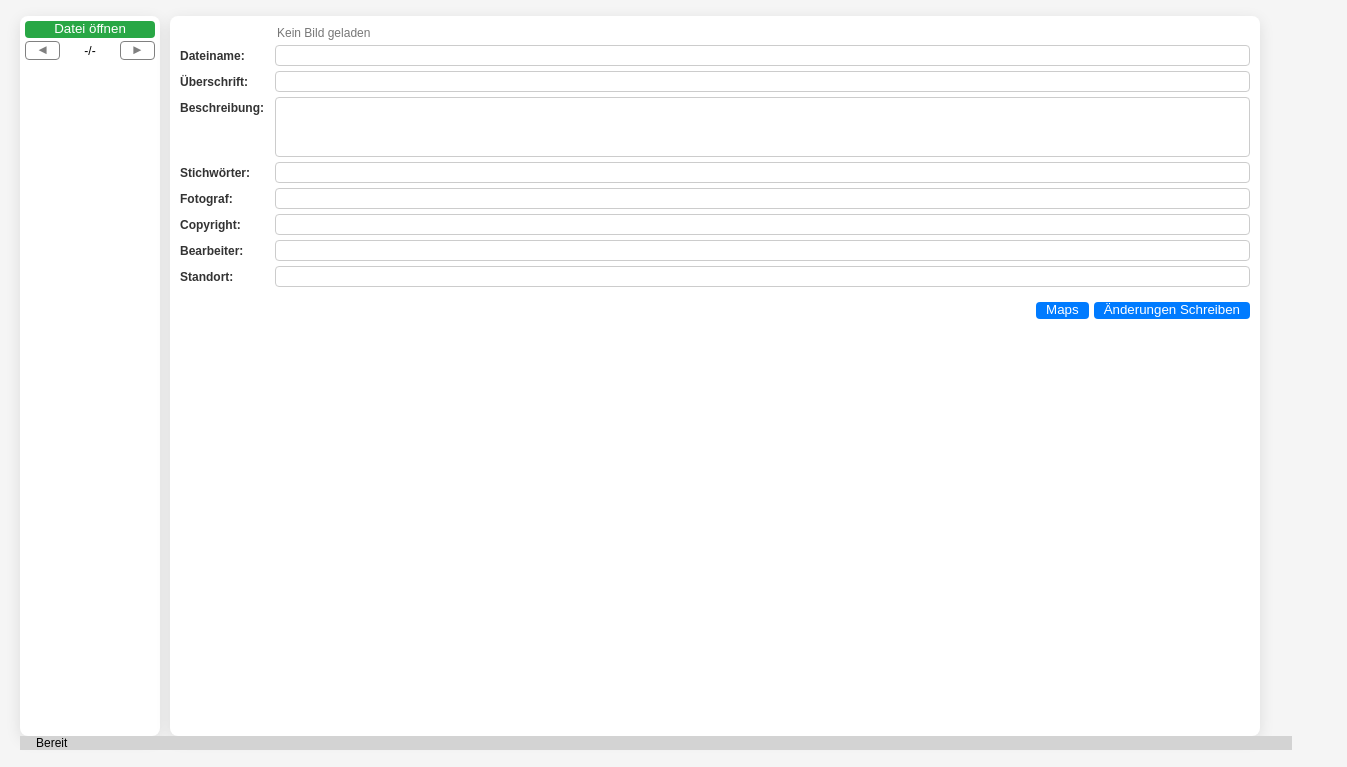
Repository: h-fahle/metadata
Page: ui/index.html
An editor plug-in stored every save of this project. The page is shown before and after the next save, followed by the edit.
The browser window is 1280 px wide. The page is 1347 px wide, so the pictures cover 1347 px, including what lies to the right of the window. The pictures show the whole page.

Above is the page before, as saved 2026-08-19 11:45:45.

After the next save:
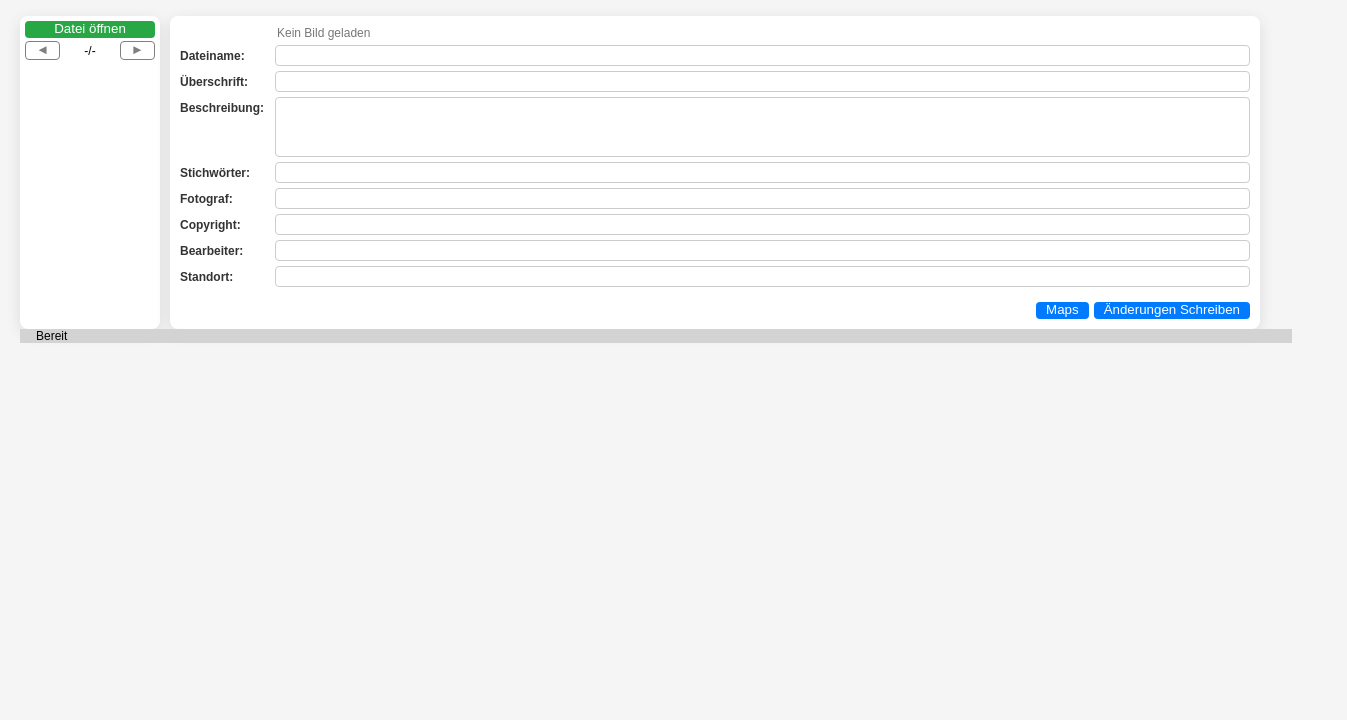
Saved 55 s later.
--- a/ui/style.css
+++ b/ui/style.css
@@ -16,6 +16,18 @@ html, body {
   flex-direction: column;
 }
 
+/* Der neue Haupt-Container für die Nebeneinander-Ausrichtung */
+#main-container {
+	margin-top: 10px;
+	display: flex;
+	flex-direction: row;
+	/* Elemente nebeneinander */
+	gap: 10px;
+	/* Abstand zwischen Bild und Formular */
+	width: 100%;
+	box-sizing: border-box;
+}
+
 
 div#nav {
 	width: 130px;
@@ -65,19 +77,6 @@ select {
 
 input#bildpfad {
 	width: 350px;
-}
-
-/* Der neue Haupt-Container für die Nebeneinander-Ausrichtung */
-#main-container {
-	margin-top: 10px;
-	display: flex;
-	flex-direction: row;
-	/* Elemente nebeneinander */
-	gap: 10px;
-	/* Abstand zwischen Bild und Formular */
-	width: 100%;
-	box-sizing: border-box;
-	min-height: 100vh; /* Mindestens so hoch wie das Browserfenster */
 }
 
 /* Styling für den Bild-Bereich */
